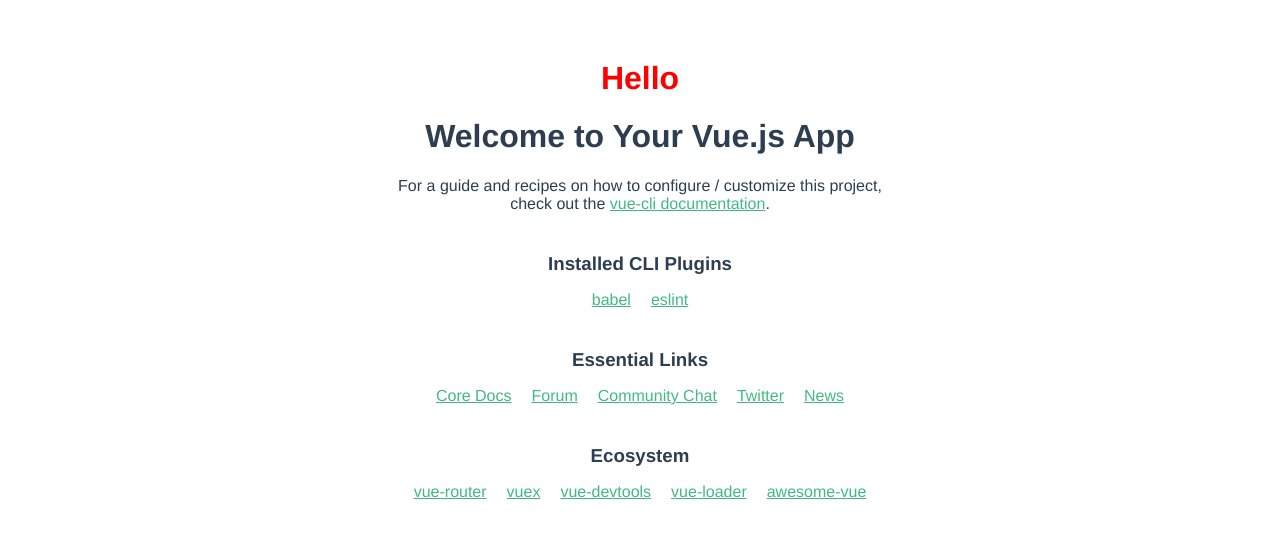
Repository: nosplashurinal/akd-blog
Page: /
These files come from the project's save history. The page is drawn as it stood at one moment and after the next save; the edit follows.
The browser window is 1280 px wide. The pictures show the whole page.
The project was rebuilt for these pictures with package versions that can differ from the ones it lists, and the page was loaded fresh each time.

Above is the page before, as saved 2019-01-21 18:22:42.

After the next save:
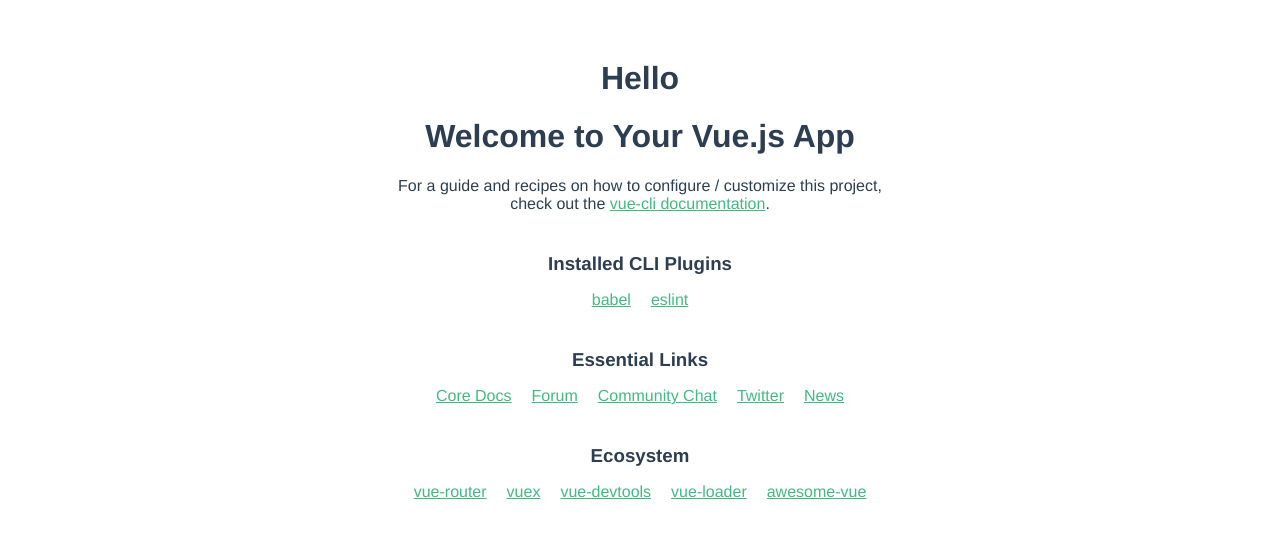
Saved 6 s later.
--- a/src/styles/app.scss
+++ b/src/styles/app.scss
@@ -5,7 +5,4 @@
   text-align: center;
   color: #2c3e50;
   margin-top: 60px;
-  .title {
-    color: red;
-  }
 }
